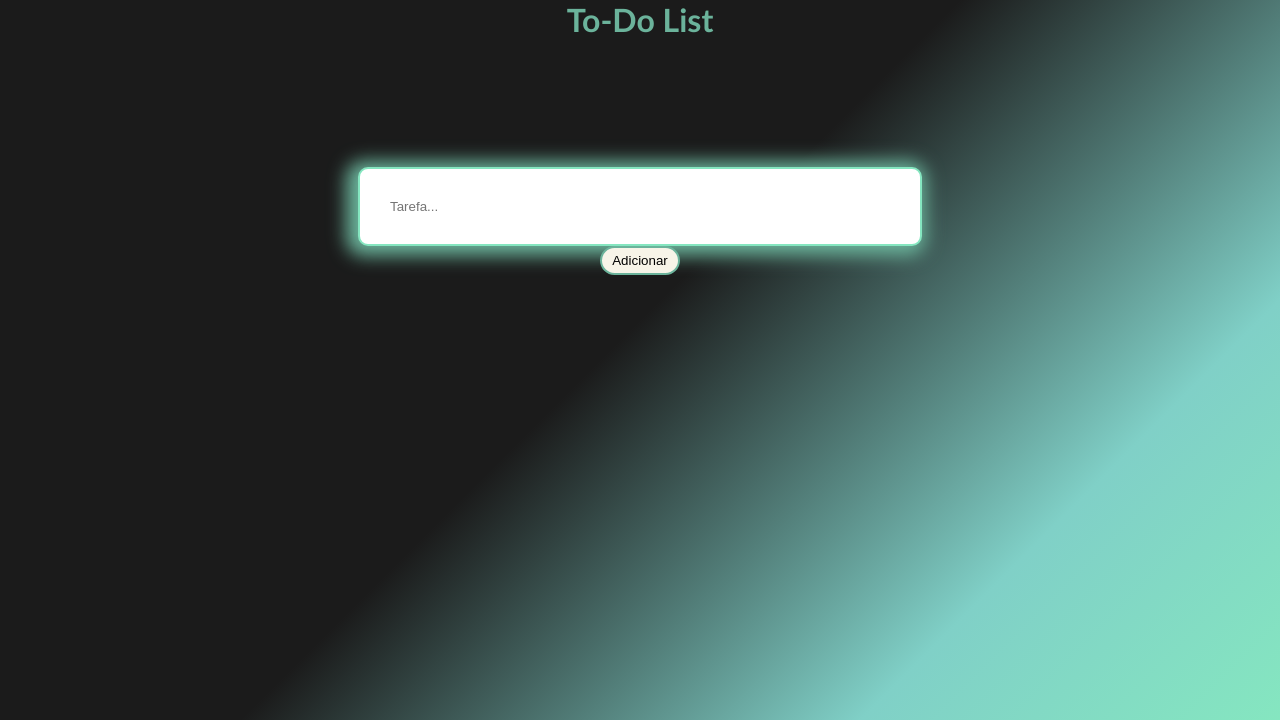
Repository: PetersonAntonyDev/python-flask-
Page: index.html
An editor plug-in stored every save of this project. The page is shown before and after the next save, followed by the edit.
The browser window is 1280 px wide. The pictures show the whole page.

Above is the page before, as saved 2022-07-26 10:37:06.

### index.html
<!DOCTYPE html>
<html lang="en">
<head>
    <meta charset="UTF-8">
    <meta http-equiv="X-UA-Compatible" content="IE=edge">
    <meta name="viewport" content="width=device-width, initial-scale=1.0">
    <link rel="stylesheet" href="/style.css">
    <title>To-Do LIst</title>
</head>
<body>
    <header>
        <h1>To-Do List</h1>
    </header>
    <main>
        <form action="" method="post">
            <input class="task" type="text" name="task" id="task" placeholder="Tarefa...">
            <button>Adicionar</button>
        </form>
    </main>
</body>
</html>

### style.css
* {
    margin: 0;
    padding: 0;
}

body {
    display: flex;
    align-items: center;
    flex-direction: column;
    width: 100%;
    min-height: 100vh;
    max-height: 100%;
    background-color: #1b1b1b;
    background-image: linear-gradient(135deg, #1b1b1b 48%, #80D0C7 79%, #85e6c0 100%);
}

header {
    margin-bottom: 10%;
    font-family: 'Gill Sans', 'Gill Sans MT', Calibri, 'Trebuchet MS', sans-serif;
    font-size: 1rem;
    color: #6bb39b;
}

form {
    display: flex;
    justify-content: center;
    align-items: center;
    flex-direction: column;
}

.task {
    width: 500px;
    border-radius: 10px;
    border: #85e6c0 2px solid;
    padding: 30px;
    -webkit-box-shadow: -4px 2px 18px 8px rgba(107, 179, 155, 1);
    -moz-box-shadow: -4px 2px 18px 8px rgba(107, 179, 155, 1);
    box-shadow: -4px 2px 18px 8px rgba(107, 179, 155, 1);
}

button {
    padding: 5px 10px;
    border: #6bb39b 2px solid;
    border-radius: 50px;
    background-color: #f7f4e8;
}

After the next save:
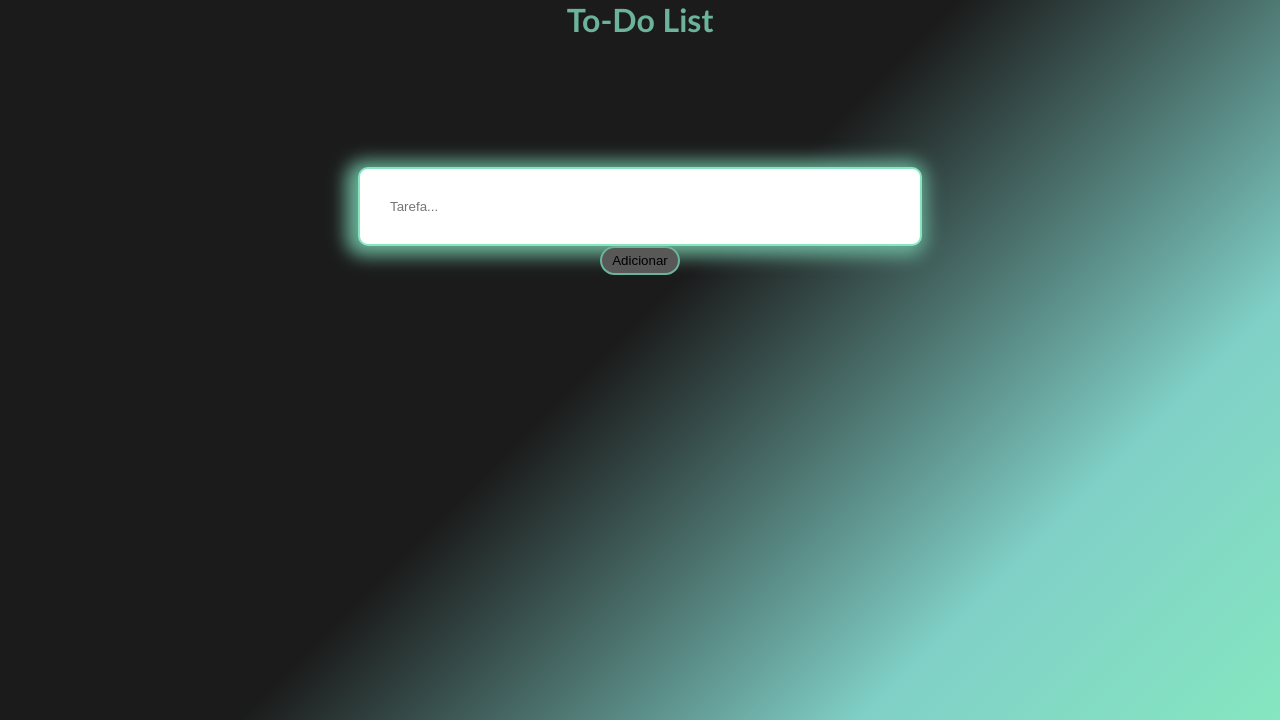
Saved 9 s later.
--- a/style.css
+++ b/style.css
@@ -42,5 +42,5 @@ button {
     padding: 5px 10px;
     border: #6bb39b 2px solid;
     border-radius: 50px;
-    background-color: #f7f4e8;
+    background-color: #585858;
 }
